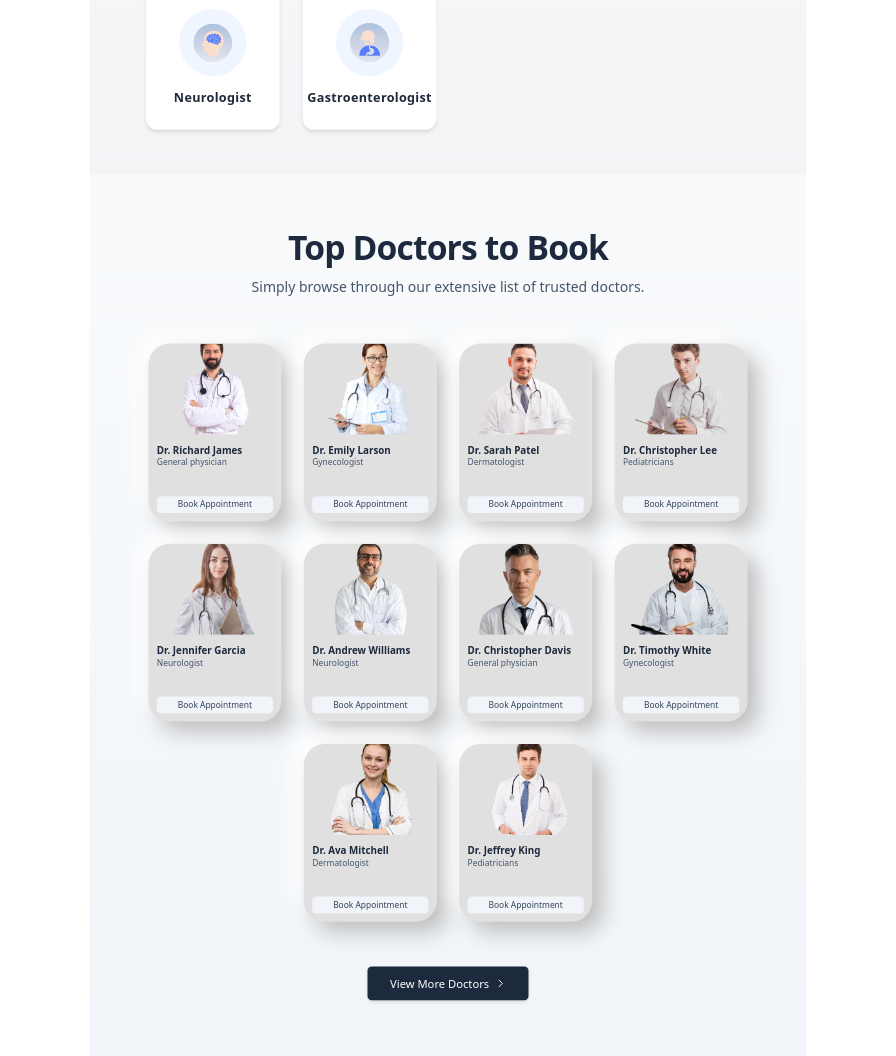
Repository: Pran2535/appointement_booking
Page: / (app in frontend/)
An editor plug-in stored every save of this project. The page is shown before and after the next save, followed by the edit.
The browser window is 1280 px wide. The pictures show the part of the page from y = 1207 to 3127 px (the page is 2716 px tall before and 3406 px after), at 70% of full size.
The project was rebuilt for these pictures with package versions that can differ from the ones it lists, and the page was loaded fresh each time. Also part of the build but not shown: frontend/vite.config.js, frontend/src/pages/About.jsx, frontend/src/pages/MyAppointments.jsx, frontend/src/pages/Doctors.jsx, frontend/src/pages/Login.jsx, frontend/src/pages/Contact.jsx, frontend/src/pages/MyProfile.jsx, frontend/src/pages/Appointment.jsx.

Above is the page before, as saved 2025-02-16 21:45:32.

### frontend/index.html
<!doctype html>
<html lang="en">
  <head>
    <meta charset="UTF-8" />
    <link rel="icon" type="image/svg+xml" href="/vite.svg" />
    <meta name="viewport" content="width=device-width, initial-scale=1.0" />
    <title>Mishra healthcare</title>
  </head>
  <body>
    <div id="root"></div>
    <script type="module" src="/src/main.jsx"></script>
  </body>
</html>

### frontend/src/main.jsx
import { StrictMode } from 'react'
import { createRoot } from 'react-dom/client'
import './index.css'
import App from './App.jsx'
import { BrowserRouter } from 'react-router-dom'

createRoot(document.getElementById('root')).render(
<BrowserRouter>
    <App />
  </BrowserRouter>,
)

### frontend/src/App.jsx
import React from 'react'
import { Route, Routes } from 'react-router-dom'
import Home from './pages/Home'
import About from './pages/About'
import MyAppointments from './pages/MyAppointments'
import Doctors from './pages/Doctors'
import Login from './pages/Login'
import Contact from './pages/Contact'
import MyProfile from './pages/MyProfile'
import Appointment from './pages/Appointment'
import Navbar from './components/Navbar'

const App = () => {
  return (
    <div className='mx-4 sm:mx-[10%]'>
      <Navbar/>{ /* mounted navbar component before routes so that it gets displayed over the all routes */}
      <Routes>
        <Route path='/' element={<Home />} />
        <Route path='/about' element={<About />} />
        <Route path='/my-appointments' element={<MyAppointments />} />
        <Route path='/doctors' element={<Doctors/>}/>
        <Route path='/doctors/:speciality' element={<Doctors/>}/>
        <Route path ='/login' element={<Login/>}/>
        <Route path='/contact' element={<Contact/>}/>
        <Route path ='/my-profile' element={<MyProfile/>}/>
        <Route path ='/appointments/:docId' element={<Appointment/>}/>
      </Routes>
    </div>
  )
}

export default App

### frontend/src/pages/Home.jsx
import React from 'react'
import Header from '../components/Header'
import SpecialityMenu from '../components/SpecialityMenu'
import TopDoctors from '../components/TopDoctors'

const Home = () => {
  return (
    <div>
      <Header/>
      <SpecialityMenu/>
      <TopDoctors/>
    </div>
  )
}

export default Home

### frontend/src/components/Header.jsx
import React from 'react';
import { assets } from '../assets/assets';

const Header = () => {
  const handleScroll = (e) => {
    e.preventDefault();
    const element = document.querySelector('#speciality');
    if (element) {
      element.scrollIntoView({
        behavior: 'smooth',
        block: 'start'
      });
    }
  };

  return (
    <div className="mt-4 flex flex-col md:flex-row justify-between items-center bg-blue-400 px-6 md:px-10 lg:px-20 py-12 text-white">
      {/* Left side */}
      <div className="w-full md:w-1/2 space-y-10 mb-8 md:mb-0">
        <div className="space-y-2">
          <h1 className="text-4xl lg:text-5xl font-bold leading-tight tracking-tight">
            Book Appointment
          </h1>
          <h2 className="text-3xl lg:text-4xl font-semibold text-blue-100 leading-relaxed">
            With Trusted Doctors
          </h2>
        </div>

        <div className="space-y-6">
          <div className="flex items-center space-x-4">
            <img
              src={assets.group_profiles}
              alt="Doctor Profiles"
              className="w-32 h-auto object-contain drop-shadow-lg"
            />
          </div>

          <div className="space-y-3">
            <p className="text-lg md:text-xl text-blue-50 leading-relaxed font-light tracking-wide">
              Simply browse through our extensive list of trusted doctors,
            </p>
            <p className="text-lg md:text-xl text-blue-50 leading-relaxed font-light tracking-wide">
              schedule your appointment hassle-free.
            </p>
          </div>
        </div>

        <a
          href="#speciality"
          onClick={handleScroll}
          className="inline-flex items-center space-x-4 bg-gradient-to-r from-blue-500 to-purple-500 hover:from-blue-600 hover:to-purple-600 text-white font-bold uppercase px-8 py-4 rounded-full shadow-lg transition-all duration-300 hover:scale-105 tracking-wider text-sm"
        >
          <span>Book Appointment</span>
          <img
            src={assets.arrow_icon}
            alt="Arrow"
            className="w-5 h-5 transform group-hover:translate-x-1 transition-transform"
          />
        </a>
      </div>

      {/* Right side */}
      <div className="w-full md:w-1/2 flex justify-center md:justify-end mt-8 md:mt-0">
        <img
          src={assets.header_img}
          alt="Header illustration"
          className="w-full max-w-lg h-auto object-contain drop-shadow-xl"
        />
      </div>
    </div>
  );
};

export default Header;

### frontend/src/components/SpecialityMenu.jsx
import React from 'react';
import { specialityData } from '../assets/assets';
import { Link } from 'react-router-dom';

const SpecialityMenu = () => {
  return (
    <section
      id="speciality"
      className="px-6 md:px-12 lg:px-20 py-16 bg-gradient-to-b from-gray-50 to-gray-100"
    >
      <div className="max-w-6xl mx-auto">
        {/* Header Section */}
        <header className="text-center space-y-4 mb-12">
          <h1 className="text-3xl md:text-4xl font-bold text-gray-800 tracking-tight">
            Find by Speciality
          </h1>
          <p className="text-lg md:text-xl text-gray-600 max-w-2xl mx-auto leading-relaxed font-light">
            Simply browse through our extensive list of trusted doctors and schedule your appointment hassle-free.
          </p>
        </header>

        {/* Speciality Grid */}
        <div className="grid grid-cols-2 sm:grid-cols-3 md:grid-cols-4 gap-6 md:gap-8">
          {specialityData.map((item, index) => (
            <Link
            onClick={()=>scrollTo(0,0)}
              key={index}
              to={`/doctors/${item.speciality}`}
              className="group flex flex-col items-center bg-white p-6 md:p-8 rounded-2xl shadow-md hover:shadow-xl transition-all duration-300 hover:scale-105 border border-gray-100"
            >
              <div className="w-20 h-20 md:w-24 md:h-24 rounded-full bg-blue-50 flex items-center justify-center mb-4 group-hover:bg-blue-100 transition-colors duration-300">
                <img
                  src={item.image}
                  alt={item.speciality}
                  className="w-12 h-12 md:w-14 md:h-14 object-contain"
                />
              </div>
              <p className="text-lg font-semibold text-gray-800 text-center tracking-wide group-hover:text-blue-600 transition-colors duration-300">
                {item.speciality}
              </p>
            </Link>
          ))}
        </div>
      </div>
    </section>
  );
};

export default SpecialityMenu;

### frontend/src/components/TopDoctors.jsx
import React from 'react';
import { doctors } from '../assets/assets';

const TopDoctors = () => {
  return (
    <section className="py-20 bg-gradient-to-b from-slate-50 to-slate-100">
      <div className="max-w-6xl mx-auto px-6 md:px-12 lg:px-20">
        {/* Header Section */}
        <header className="text-center mb-16 space-y-4">
          <h1 className="text-4xl md:text-5xl font-bold text-slate-800 tracking-tight">
            Top Doctors to Book
          </h1>
          <p className="text-xl text-slate-600 max-w-2xl mx-auto font-light leading-relaxed">
            Simply browse through our extensive list of trusted doctors.
          </p>
        </header>

        {/* Doctors Grid */}
        <div className="flex flex-wrap gap-8 justify-center">
          {doctors.slice(0, 10).map((doctor, index) => (
            <div
              key={index}
              // From Uiverse.io by adamgiebl
              className="group w-[190px] h-[254px] bg-[#e0e0e0] rounded-[30px] shadow-[15px_15px_30px_#bebebe,_-15px_-15px_30px_#ffffff] transition-all duration-300 transform hover:-translate-y-1 flex flex-col overflow-hidden"
            >
              {/* Image Container */}
              <div className="relative h-[130px] overflow-hidden">
                <img
                  src={doctor.image}
                  alt={doctor.name}
                  className="w-full h-full object-cover"
                />
              </div>

              {/* Details Container */}
              <div className="flex-grow p-3 flex flex-col justify-between">
                <div>
                  <h3 className="text-sm font-semibold text-slate-800">
                    {doctor.name}
                  </h3>
                  <p className="text-xs text-slate-600">
                    {doctor.speciality}
                  </p>
                </div>
                <button className="mt-2 py-1 px-2 bg-slate-100 text-slate-700 rounded-md text-xs font-medium hover:bg-slate-200 transition-colors duration-300">
                  Book Appointment
                </button>
              </div>
            </div>
          ))}
        </div>

        {/* More Button */}
        <div className="flex justify-center mt-16">
          <button className="group relative px-8 py-3 bg-slate-800 text-white font-medium rounded-md overflow-hidden shadow-md hover:shadow-lg transition-all duration-300">
            <span className="relative z-10 flex items-center space-x-2">
              <span>View More Doctors</span>
              <svg
                className="w-4 h-4 transform group-hover:translate-x-1 transition-transform duration-300"
                fill="none"
                viewBox="0 0 24 24"
                stroke="currentColor"
              >
                <path strokeLinecap="round" strokeLinejoin="round" strokeWidth={2} d="M9 5l7 7-7 7" />
              </svg>
            </span>
            <div className="absolute inset-0 bg-slate-700 transform scale-x-0 group-hover:scale-x-100 transition-transform duration-300 origin-left" />
          </button>
        </div>
      </div>
    </section>
  );
};

export default TopDoctors;

Loaded but not shown: frontend/src/index.css (common file); frontend/src/assets/assets.js (299 lines, source omitted); frontend/src/components/Navbar.jsx (84 lines, source omitted)

After the next save:
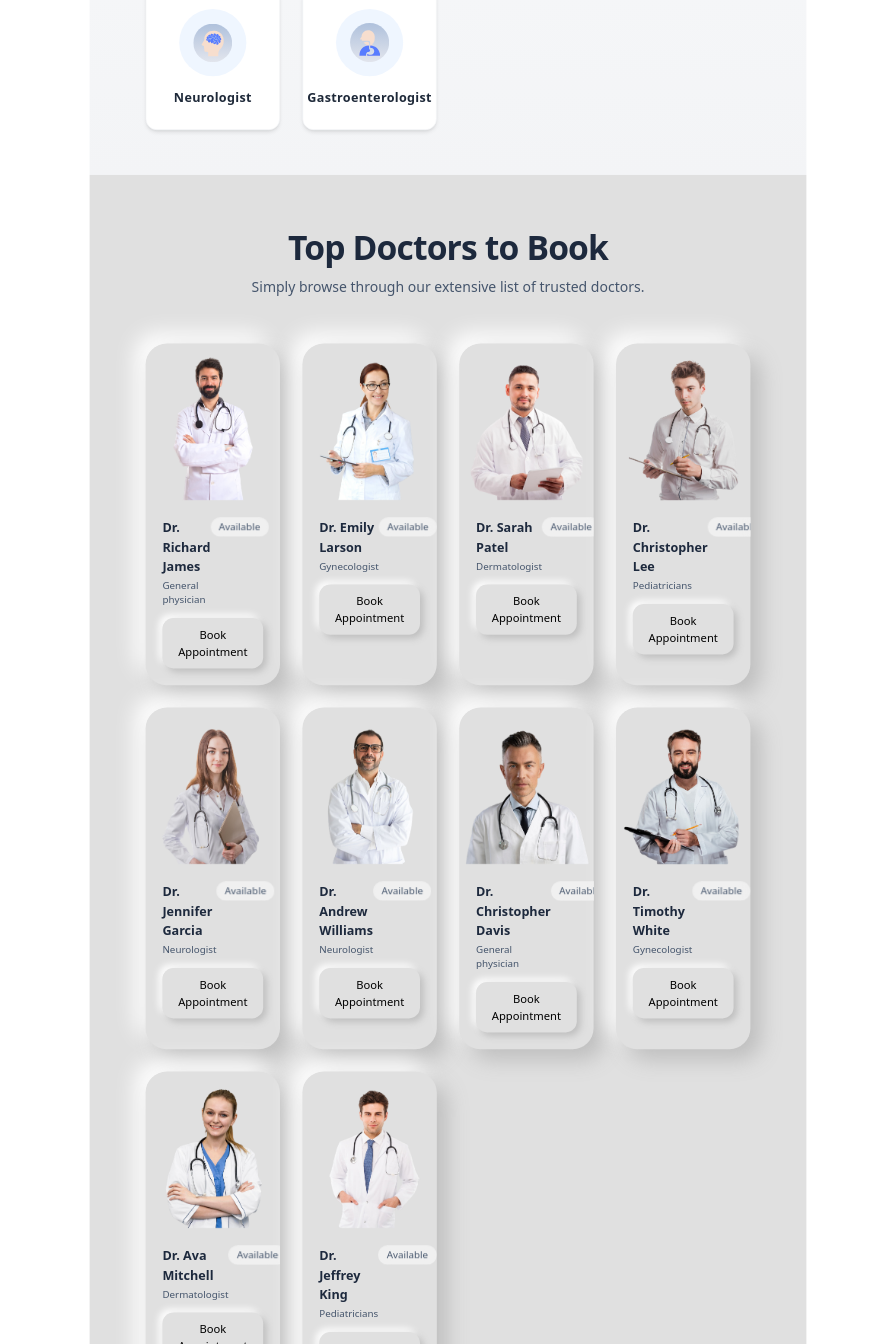
Saved 17 s later.
--- a/frontend/src/components/TopDoctors.jsx
+++ b/frontend/src/components/TopDoctors.jsx
@@ -3,7 +3,7 @@
 
 const TopDoctors = () => {
   return (
-    <section className="py-20 bg-gradient-to-b from-slate-50 to-slate-100">
+    <section className="py-20 bg-[#e0e0e0]">
       <div className="max-w-6xl mx-auto px-6 md:px-12 lg:px-20">
         {/* Header Section */}
         <header className="text-center mb-16 space-y-4">
@@ -16,33 +16,45 @@
         </header>
 
         {/* Doctors Grid */}
-        <div className="flex flex-wrap gap-8 justify-center">
+        <div className="grid grid-cols-1 sm:grid-cols-2 md:grid-cols-3 lg:grid-cols-4 gap-8">
           {doctors.slice(0, 10).map((doctor, index) => (
             <div
               key={index}
-              // From Uiverse.io by adamgiebl
-              className="group w-[190px] h-[254px] bg-[#e0e0e0] rounded-[30px] shadow-[15px_15px_30px_#bebebe,_-15px_-15px_30px_#ffffff] transition-all duration-300 transform hover:-translate-y-1 flex flex-col overflow-hidden"
+              className="group bg-[#e0e0e0] rounded-[30px] overflow-hidden transition-all duration-300 hover:scale-105"
+              style={{
+                boxShadow: '15px 15px 30px #bebebe, -15px -15px 30px #ffffff'
+              }}
             >
-              {/* Image Container */}
-              <div className="relative h-[130px] overflow-hidden">
+              <div className="relative overflow-hidden rounded-t-[30px]">
                 <img
                   src={doctor.image}
                   alt={doctor.name}
-                  className="w-full h-full object-cover"
+                  className="w-full h-56 object-cover transform group-hover:scale-105 transition-transform duration-500"
                 />
+                <div className="absolute inset-0 bg-gradient-to-t from-black/50 to-transparent opacity-0 group-hover:opacity-100 transition-opacity duration-300" />
               </div>
 
-              {/* Details Container */}
-              <div className="flex-grow p-3 flex flex-col justify-between">
-                <div>
-                  <h3 className="text-sm font-semibold text-slate-800">
-                    {doctor.name}
-                  </h3>
-                  <p className="text-xs text-slate-600">
-                    {doctor.speciality}
-                  </p>
+              <div className="p-6 space-y-4">
+                <div className="flex justify-between items-start">
+                  <div className="space-y-1">
+                    <h3 className="text-lg font-semibold text-slate-800 group-hover:text-slate-600 transition-colors duration-300">
+                      {doctor.name}
+                    </h3>
+                    <p className="text-slate-600 text-sm font-medium">
+                      {doctor.speciality}
+                    </p>
+                  </div>
+                  <span className="inline-flex items-center px-3 py-1 rounded-full bg-white/50 text-slate-600 text-sm font-medium backdrop-blur-sm">
+                    Available
+                  </span>
                 </div>
-                <button className="mt-2 py-1 px-2 bg-slate-100 text-slate-700 rounded-md text-xs font-medium hover:bg-slate-200 transition-colors duration-300">
+
+                <button
+                  className="w-full py-3 px-4 rounded-2xl font-medium transition-all duration-300 bg-[#e0e0e0]"
+                  style={{
+                    boxShadow: '5px 5px 10px #bebebe, -5px -5px 10px #ffffff'
+                  }}
+                >
                   Book Appointment
                 </button>
               </div>
@@ -52,7 +64,12 @@
 
         {/* More Button */}
         <div className="flex justify-center mt-16">
-          <button className="group relative px-8 py-3 bg-slate-800 text-white font-medium rounded-md overflow-hidden shadow-md hover:shadow-lg transition-all duration-300">
+          <button
+            className="group relative px-8 py-4 rounded-2xl font-medium transition-all duration-300 text-slate-700 bg-[#e0e0e0] hover:scale-105"
+            style={{
+              boxShadow: '8px 8px 16px #bebebe, -8px -8px 16px #ffffff'
+            }}
+          >
             <span className="relative z-10 flex items-center space-x-2">
               <span>View More Doctors</span>
               <svg
@@ -64,7 +81,6 @@
                 <path strokeLinecap="round" strokeLinejoin="round" strokeWidth={2} d="M9 5l7 7-7 7" />
               </svg>
             </span>
-            <div className="absolute inset-0 bg-slate-700 transform scale-x-0 group-hover:scale-x-100 transition-transform duration-300 origin-left" />
           </button>
         </div>
       </div>

After the save that followed:
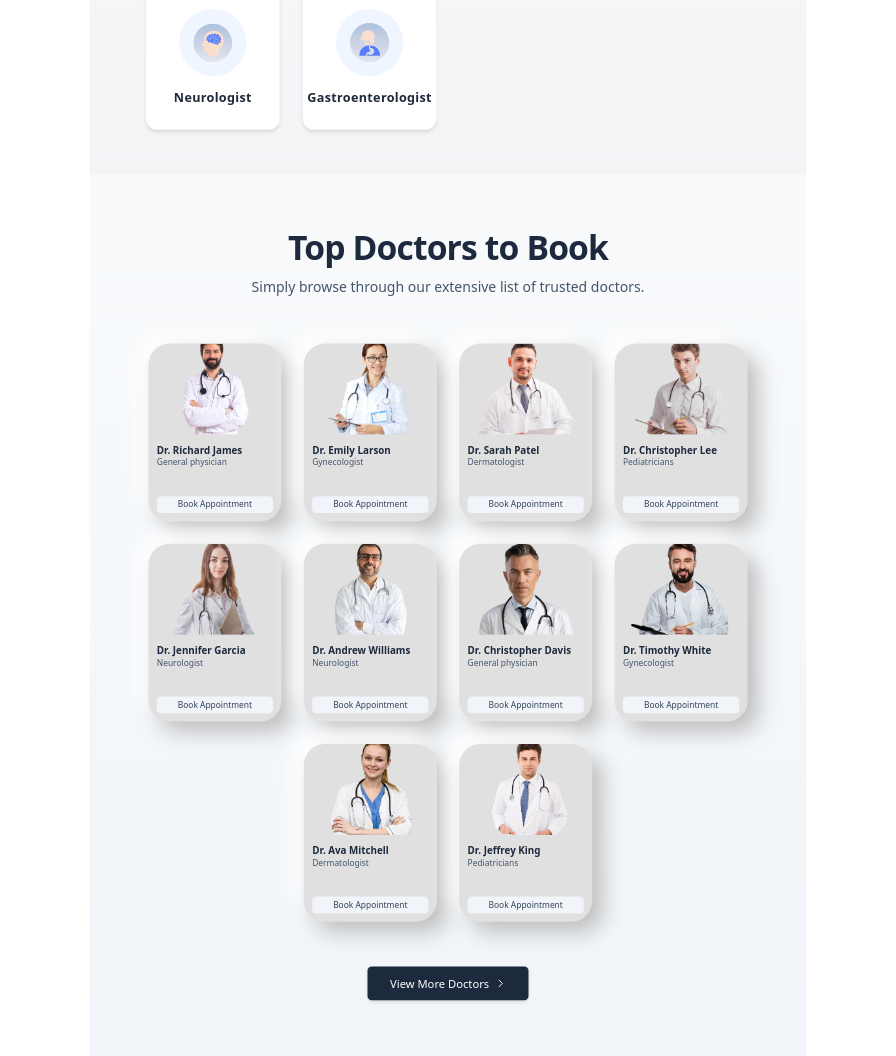
Saved 10 s later.
--- a/frontend/src/components/TopDoctors.jsx
+++ b/frontend/src/components/TopDoctors.jsx
@@ -3,7 +3,7 @@
 
 const TopDoctors = () => {
   return (
-    <section className="py-20 bg-[#e0e0e0]">
+    <section className="py-20 bg-gradient-to-b from-slate-50 to-slate-100">
       <div className="max-w-6xl mx-auto px-6 md:px-12 lg:px-20">
         {/* Header Section */}
         <header className="text-center mb-16 space-y-4">
@@ -16,45 +16,33 @@
         </header>
 
         {/* Doctors Grid */}
-        <div className="grid grid-cols-1 sm:grid-cols-2 md:grid-cols-3 lg:grid-cols-4 gap-8">
+        <div className="flex flex-wrap gap-8 justify-center">
           {doctors.slice(0, 10).map((doctor, index) => (
             <div
               key={index}
-              className="group bg-[#e0e0e0] rounded-[30px] overflow-hidden transition-all duration-300 hover:scale-105"
-              style={{
-                boxShadow: '15px 15px 30px #bebebe, -15px -15px 30px #ffffff'
-              }}
+              // From Uiverse.io by adamgiebl
+              className="group w-[190px] h-[254px] bg-[#e0e0e0] rounded-[30px] shadow-[15px_15px_30px_#bebebe,_-15px_-15px_30px_#ffffff] transition-all duration-300 transform hover:-translate-y-1 flex flex-col overflow-hidden"
             >
-              <div className="relative overflow-hidden rounded-t-[30px]">
+              {/* Image Container */}
+              <div className="relative h-[130px] overflow-hidden">
                 <img
                   src={doctor.image}
                   alt={doctor.name}
-                  className="w-full h-56 object-cover transform group-hover:scale-105 transition-transform duration-500"
+                  className="w-full h-full object-cover"
                 />
-                <div className="absolute inset-0 bg-gradient-to-t from-black/50 to-transparent opacity-0 group-hover:opacity-100 transition-opacity duration-300" />
               </div>
 
-              <div className="p-6 space-y-4">
-                <div className="flex justify-between items-start">
-                  <div className="space-y-1">
-                    <h3 className="text-lg font-semibold text-slate-800 group-hover:text-slate-600 transition-colors duration-300">
-                      {doctor.name}
-                    </h3>
-                    <p className="text-slate-600 text-sm font-medium">
-                      {doctor.speciality}
-                    </p>
-                  </div>
-                  <span className="inline-flex items-center px-3 py-1 rounded-full bg-white/50 text-slate-600 text-sm font-medium backdrop-blur-sm">
-                    Available
-                  </span>
+              {/* Details Container */}
+              <div className="flex-grow p-3 flex flex-col justify-between">
+                <div>
+                  <h3 className="text-sm font-semibold text-slate-800">
+                    {doctor.name}
+                  </h3>
+                  <p className="text-xs text-slate-600">
+                    {doctor.speciality}
+                  </p>
                 </div>
-
-                <button
-                  className="w-full py-3 px-4 rounded-2xl font-medium transition-all duration-300 bg-[#e0e0e0]"
-                  style={{
-                    boxShadow: '5px 5px 10px #bebebe, -5px -5px 10px #ffffff'
-                  }}
-                >
+                <button className="mt-2 py-1 px-2 bg-slate-100 text-slate-700 rounded-md text-xs font-medium hover:bg-slate-200 transition-colors duration-300">
                   Book Appointment
                 </button>
               </div>
@@ -64,12 +52,7 @@
 
         {/* More Button */}
         <div className="flex justify-center mt-16">
-          <button
-            className="group relative px-8 py-4 rounded-2xl font-medium transition-all duration-300 text-slate-700 bg-[#e0e0e0] hover:scale-105"
-            style={{
-              boxShadow: '8px 8px 16px #bebebe, -8px -8px 16px #ffffff'
-            }}
-          >
+          <button className="group relative px-8 py-3 bg-slate-800 text-white font-medium rounded-md overflow-hidden shadow-md hover:shadow-lg transition-all duration-300">
             <span className="relative z-10 flex items-center space-x-2">
               <span>View More Doctors</span>
               <svg
@@ -81,6 +64,7 @@
                 <path strokeLinecap="round" strokeLinejoin="round" strokeWidth={2} d="M9 5l7 7-7 7" />
               </svg>
             </span>
+            <div className="absolute inset-0 bg-slate-700 transform scale-x-0 group-hover:scale-x-100 transition-transform duration-300 origin-left" />
           </button>
         </div>
       </div>
